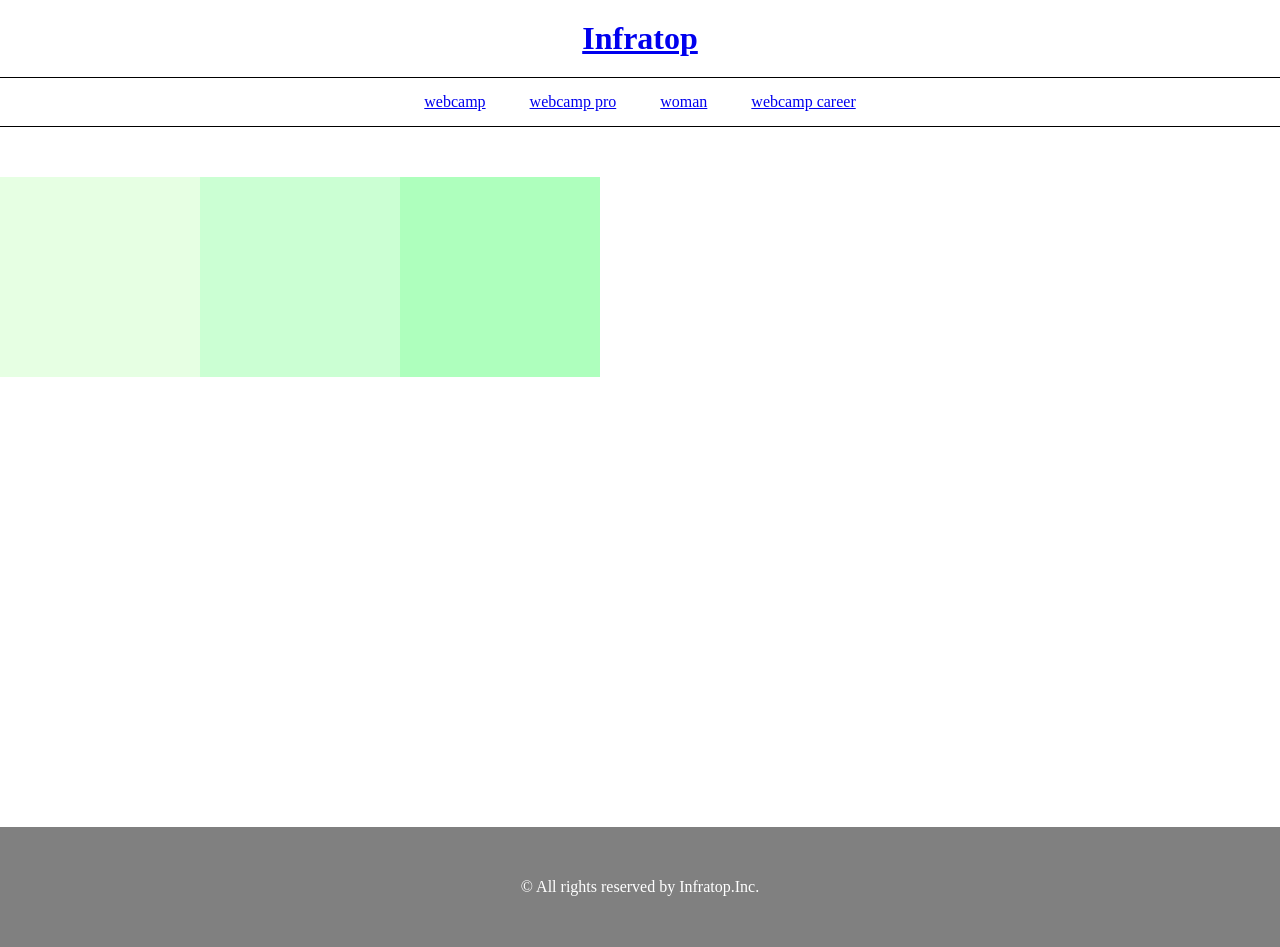
Repository: rascalNoShippo/git-practice
Page: chapter5_exercise/index.html
The author's editor kept a record of every edit. The page is drawn from the files as they stood at one moment, then again after the next edit.
The browser window is 1280 px wide. The pictures show the whole page.

Above is the page before.

### chapter5_exercise/index.html
<!DOCTYPE HTML>
<html>
  <head>
    <meta charset="utf-8">
    <link rel="stylesheet" href="style.css">
    <title>chapter5_exercise</title>
  </head>
  <body>
    <header>
      <h1><a href="#">Infratop</a></h1>
    </header>
    <nav>
      <ul class="list">
        <li class="list-item"><a href="#">webcamp</a></li>
        <li class="list-item"><a href="#">webcamp pro</a></li>
        <li class="list-item"><a href="#"> woman</a></li>
        <li class="list-item"><a href="#">webcamp career</a></li>
      </ul>
    </nav>
    <div class="main">
      <div class="box n1"></div>
      <div class="box n2"></div>
      <div class="box n3"></div>
      <div class="box n4"></div>
      <div class="box n5"></div>
      <div class="box n6"></div>
      <div class="box n7"></div>
      <div class="box n8"></div>
      <div class="box n9"></div>
      <div class="box n10"></div>
      <div class="box n11"></div>
      <div class="box n12"></div>
    </div>
    <footer>
       <p>© All rights reserved by Infratop.Inc.</p>
    </footer>
  </body>
</html>

### chapter5_exercise/style.css
*{
  margin: 0;
  padding: 0;
  box-sizing: border-box;
}

header{
  text-align: center;
  padding: 20px 0;
}

nav{
  width: 100%;
  border-top: 1px solid black;
  border-bottom: 1px solid black;
}

nav .list{
  text-align: center;
}

nav .list-item{
  display: inline-block;
  padding: 15px 20px;
}

.main{
  margin: 50px 0;
  height: 600px;
  width: 800px;
  display: flex;
  flex-wrap: wrap;
}

.box{
  height: 200px;
  width: 200px;
}

.box.n1{
  background-color: #e6ffe3;
}

.box.n2{
  background-color: #cbffd3;
}

.box.n3{
  background-color: #aeffbd;
}

.box.n1{
  background-color: #e6ffe3;
}

.box.n1{
  background-color: #e6ffe3;
}

.box.n1{
  background-color: #e6ffe3;
}

.box.n1{
  background-color: #e6ffe3;
}

.box.n1{
  background-color: #e6ffe3;
}

.box.n1{
  background-color: #e6ffe3;
}

.box.n1{
  background-color: #e6ffe3;
}

.box.n1{
  background-color: #e6ffe3;
}

.box.n1{
  background-color: #e6ffe3;
}

footer{
  background-color: gray;
  color: white;
  width: 100%;
  height: 120px;
  display: flex;
  justify-content: center;
  align-items: center;
}

.footer-text{
  text-align: center;
}

After the next edit:
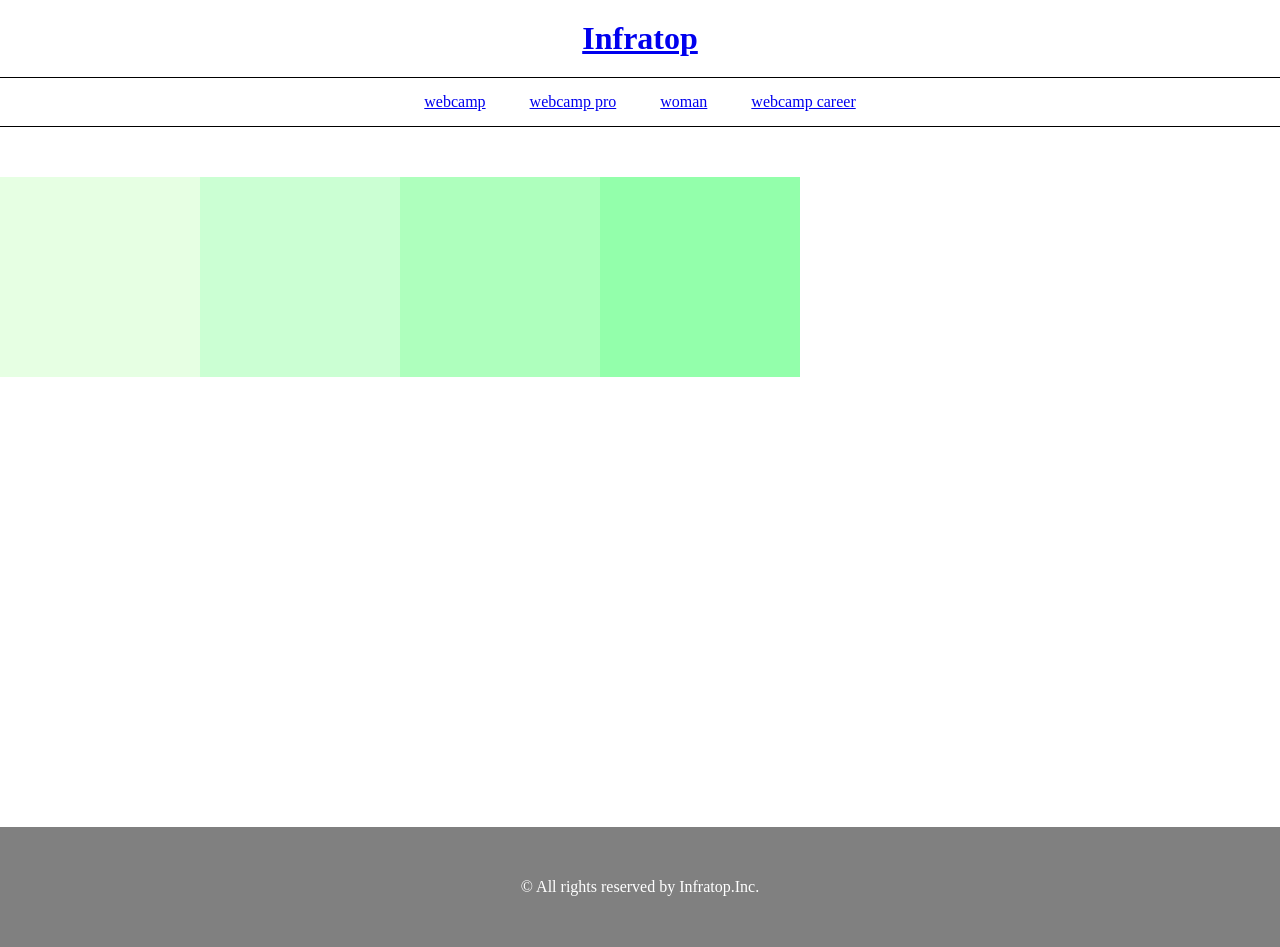
The edit:
--- a/chapter5_exercise/style.css
+++ b/chapter5_exercise/style.css
@@ -49,8 +49,8 @@
   background-color: #aeffbd;
 }
 
-.box.n1{
-  background-color: #e6ffe3;
+.box.n4{
+  background-color: #93ffab;
 }
 
 .box.n1{
